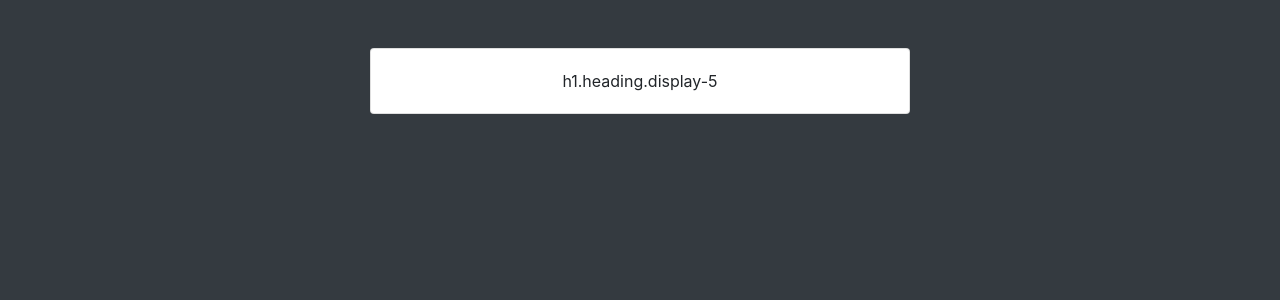
Repository: varun-project/LearningJs
Page: index.html
These files come from the project's save history. The page is drawn as it stood at one moment and after a run of saves; the edit follows.
The browser window is 1280 px wide. The pictures show the whole page.

Above is the page before, as saved 2019-07-28 16:29:31.

After the next 2 saves:
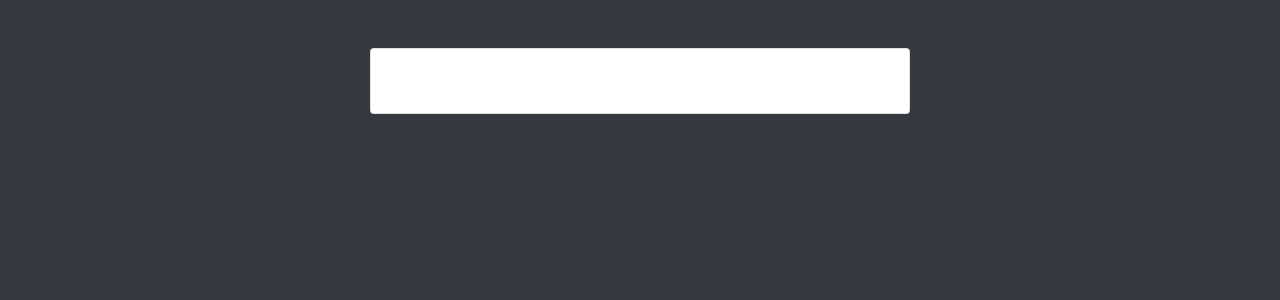
The 2 saves are shown as one change because they came seconds apart.
The last was saved 7 s later.
--- a/index.html
+++ b/index.html
@@ -17,7 +17,7 @@
 
              <div class="card card-body text-center mt-5">
 
-              h1.heading.display-5
+              <h1 class="heading display-5 pb-3"></h1>
              </div>
 
            </div>
